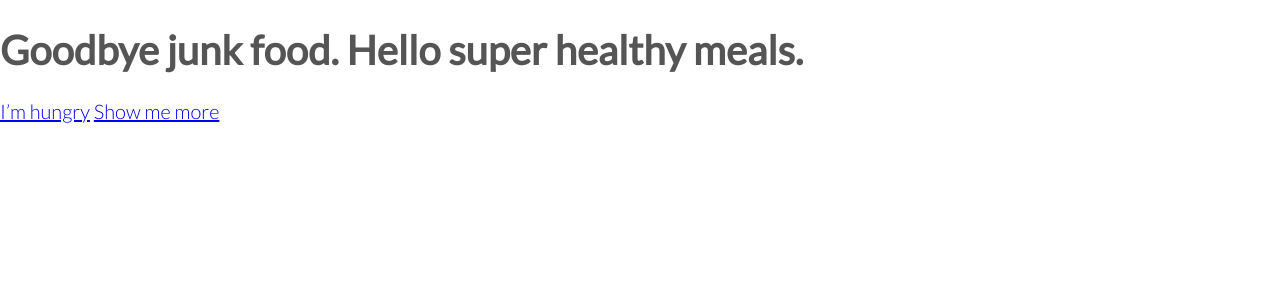
Repository: MalgorzataMazur/Omnifood
Page: index.html
These files come from the project's save history. The page is drawn as it stood at one moment and after the next save; the edit follows.
The browser window is 1280 px wide. The pictures show the whole page.

Above is the page before, as saved 2019-10-23 20:11:29.

### index.html
<!DOCTYPE html>
<html lang="en">
    <head>
        <link rel="stylesheet" href="vendors/css/normalize.css">
        <link rel="stylesheet" href="vendors/css/grid.css">
        <link rel="stylesheet" href="resources/css/style.css">
        <link href="https://fonts.googleapis.com/css?family=Lato:100,300,300i,400&display=swap" rel="stylesheet">
        <meta charset="UTF-8">
        <meta name="viewport" content="width=device-width, initial-scale=1.0">
        <meta http-equiv="X-UA-Compatible" content="ie=edge">
        <title>Omnifood</title>
    </head>
    <body>
        <header> <!-- like container to put some conetent nav, footer, main element for the main cinetent etc-->
            <div class="hero-text-box">
                <h1>Goodbye junk food. Hello super healthy meals.</h1>
                <a href="#">I’m hungry</a>
                <a href="#">Show me more</a>



            </div>
        </header>


    </body>
</html>

### resources/css/style.css
* {
    margin: 0%;
    padding: 0%;
    box-sizing: border-box;
}

html {
    background-color: #fff;
    color: #555;
    font-family: 'Lato';'Arial', sans-serif;
    font-weight: 300;
    font-size: 20px;
    text-rendering: optimizeLegibility;
}

.row {
    max-width: 1140px;
    margin: 0 auto;
}

header {
    background
}

Loaded but not shown: vendors/css/normalize.css (library); vendors/css/grid.css (library)

After the next save:
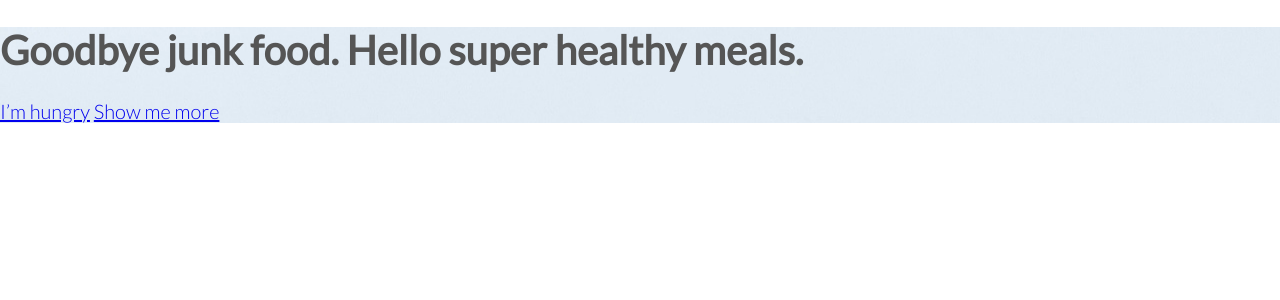
Saved 2 min 26 s later.
--- a/resources/css/style.css
+++ b/resources/css/style.css
@@ -19,5 +19,5 @@ html {
 }
 
 header {
-    background
+    background-image: url(img/hero.jpg);
 }
